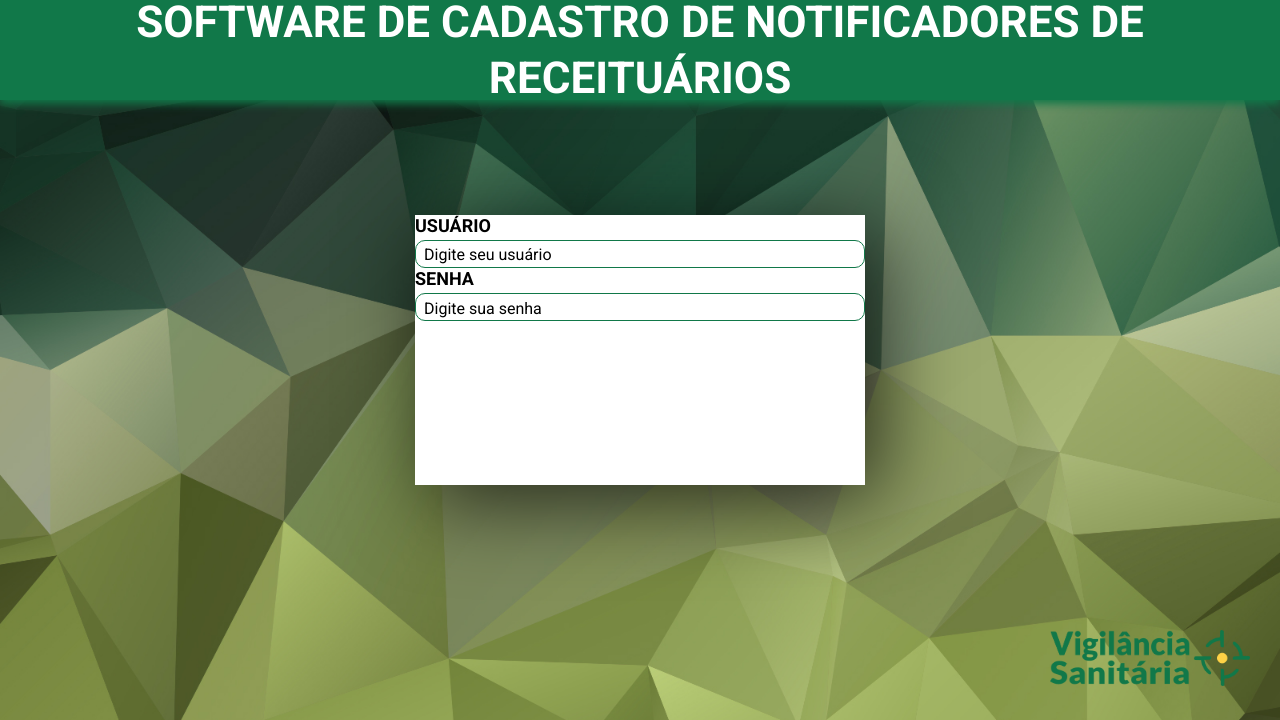
Repository: milena-rosa/web-prescription-notifier
Page: /
The author's editor kept a copy of each file at every save. The page is drawn from the files as they stood at one save, then again after the next save.
The browser window is 1280 px wide. The pictures show the whole page.
The project was rebuilt for these pictures with package versions that can differ from the ones it lists, and the page was loaded fresh each time. Also part of the build but not shown: src/pages/Home/styles.ts, src/pages/Home/index.tsx.

Above is the page before, as saved 2021-11-07 13:19:19.

After the next save:
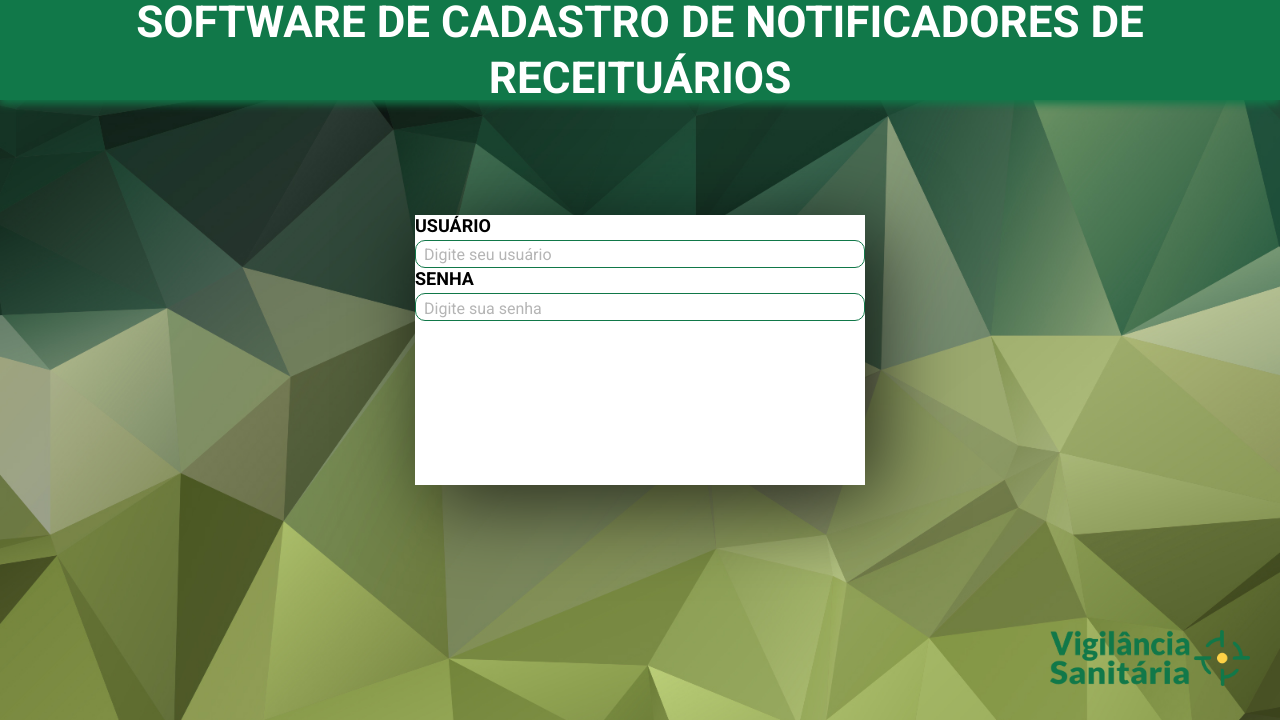
Saved 9 s later.
--- a/src/components/Input/styles.ts
+++ b/src/components/Input/styles.ts
@@ -43,7 +43,7 @@
     width: 100%;
 
     &::placeholder {
-      color: var(--gray-60);
+      color: var(--gray);
     }
   }
 `
